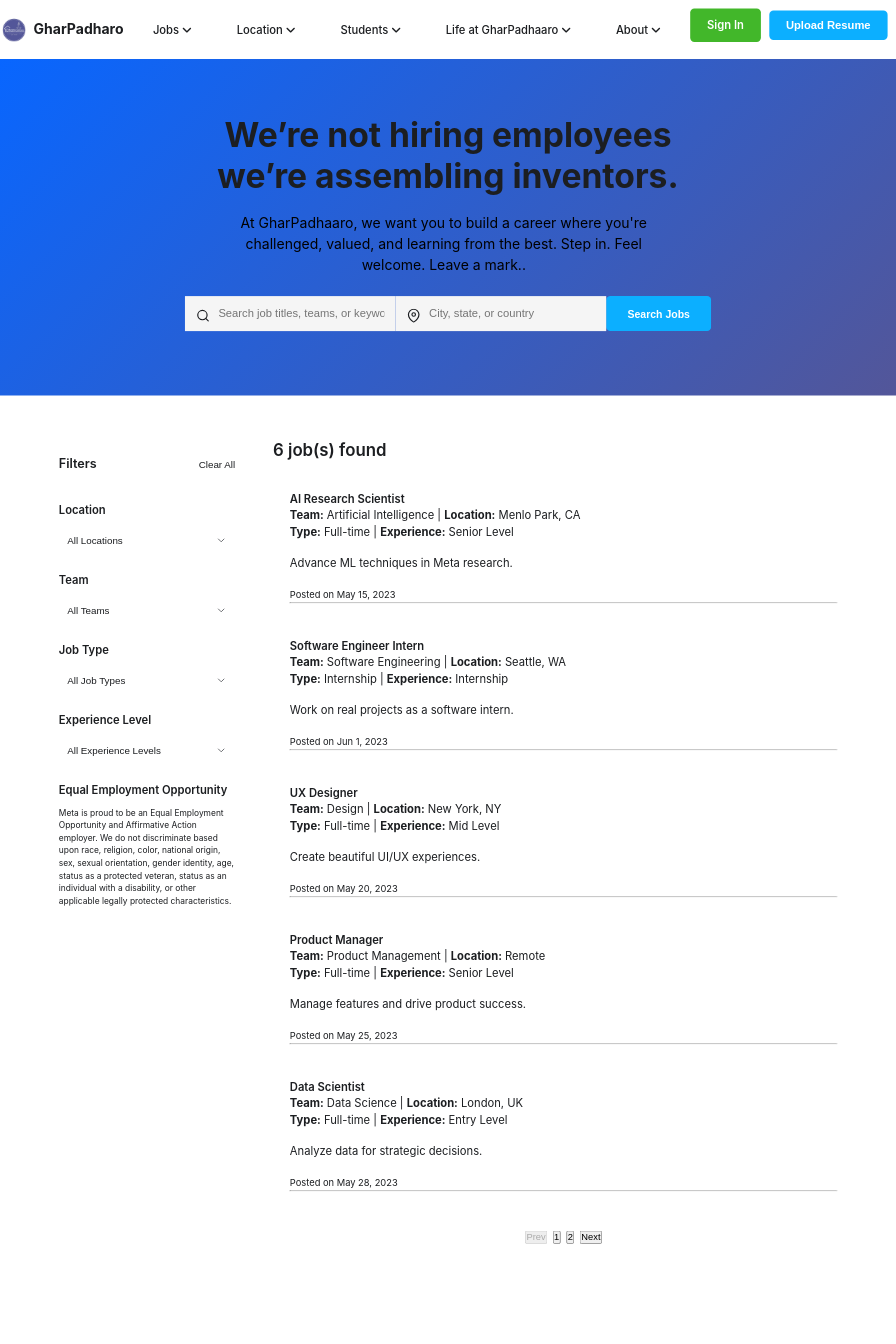
Repository: Siddharthkothiyal/GharPadhaaroCareerWebsite
Page: /careers
The author's editor kept a copy of each file at every save. The page is drawn from the files as they stood at one save, then again after the next save.
The browser window is 1280 px wide. The pictures show the part of the page from y = 0 to 1920 px (the page is 3175 px tall before and 3195 px after), at 70% of full size.
The project was rebuilt for these pictures with package versions that can differ from the ones it lists, and the page was loaded fresh each time. Also part of the build but not shown: src/components/CareerPortal/ResumeUpload.css, src/components/CareerPortal/ResumeUpload.js, src/components/Auth/Login.js, src/components/Auth/Signup.js, src/components/LandingPage/LandingPage.js, src/components/CareerPortal/JobListing/JobCategory.js.

Above is the page before, as saved 2025-06-20 16:14:53.

After the next save:
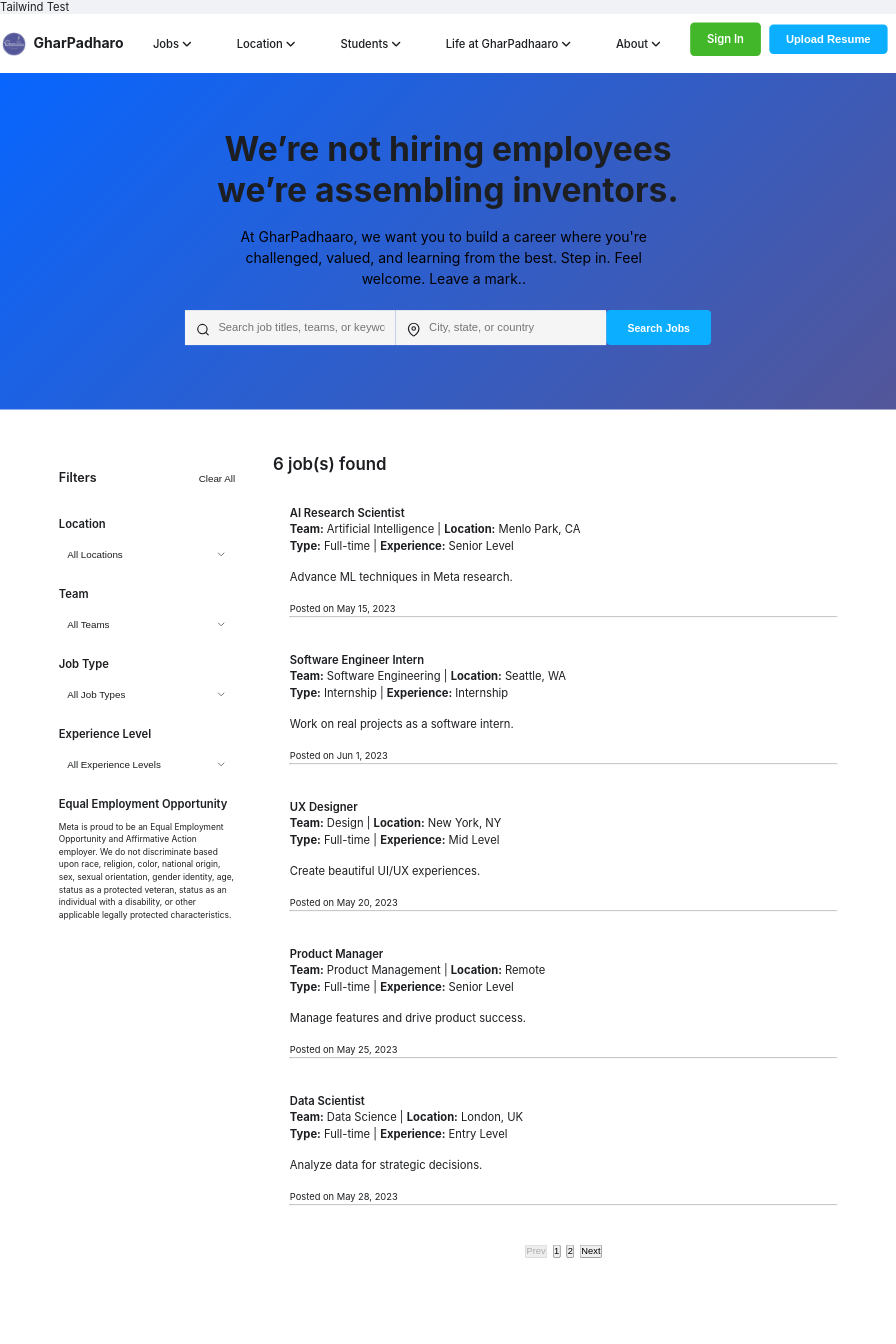
Saved 98 s later.
--- a/src/App.js
+++ b/src/App.js
@@ -14,6 +14,8 @@
   return (
     <Router>
       <div className="App">
+        <div className="bg-red-200 p-2 text-center">Tailwind Test</div>
+
         <Routes>
           <Route path="/" element={<LandingPage />} />
           <Route path="/careers" element={<CareerPortal />} />

After the save that followed:
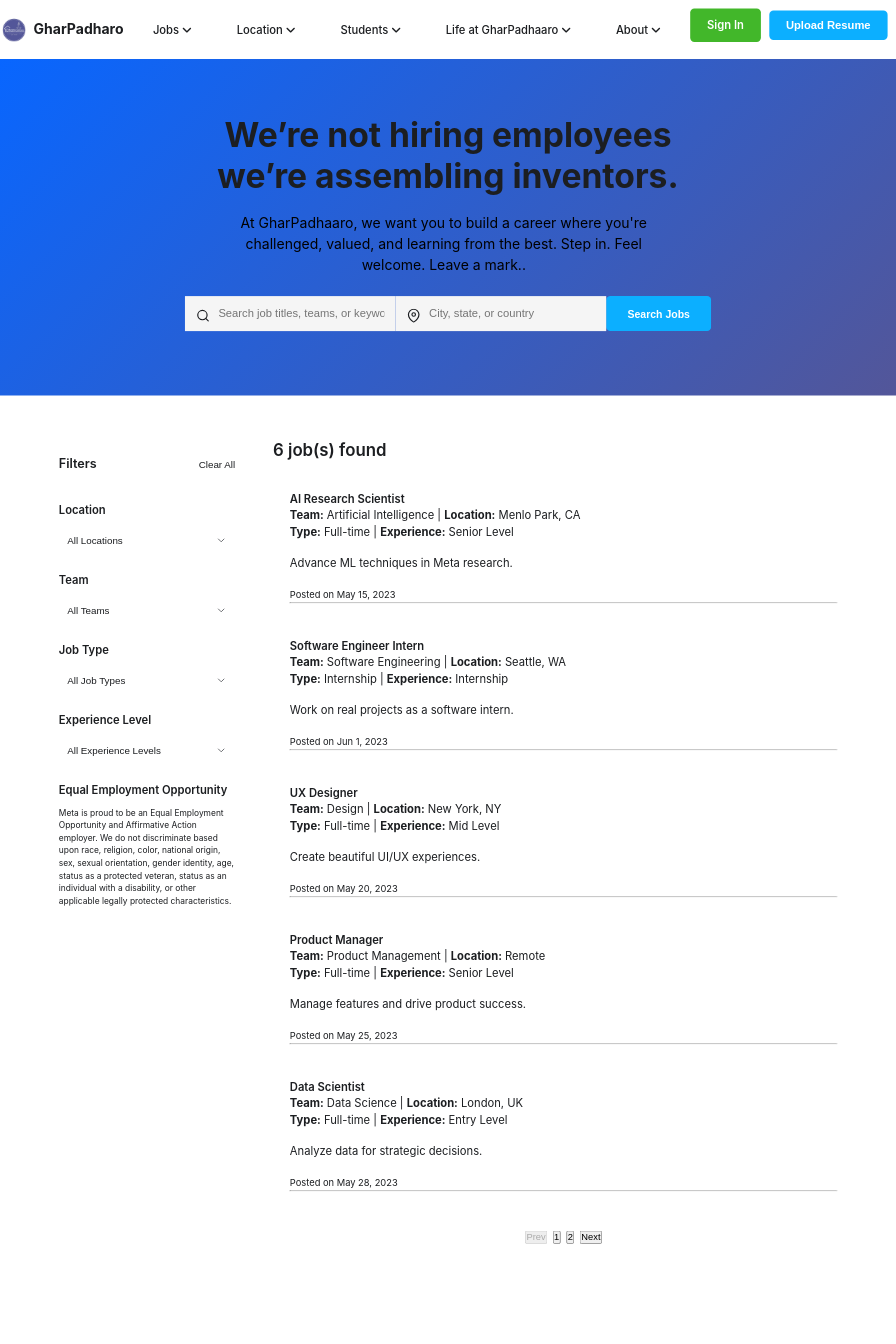
Saved 57 s later.
--- a/src/App.js
+++ b/src/App.js
@@ -14,7 +14,7 @@
   return (
     <Router>
       <div className="App">
-        <div className="bg-red-200 p-2 text-center">Tailwind Test</div>
+
 
         <Routes>
           <Route path="/" element={<LandingPage />} />
